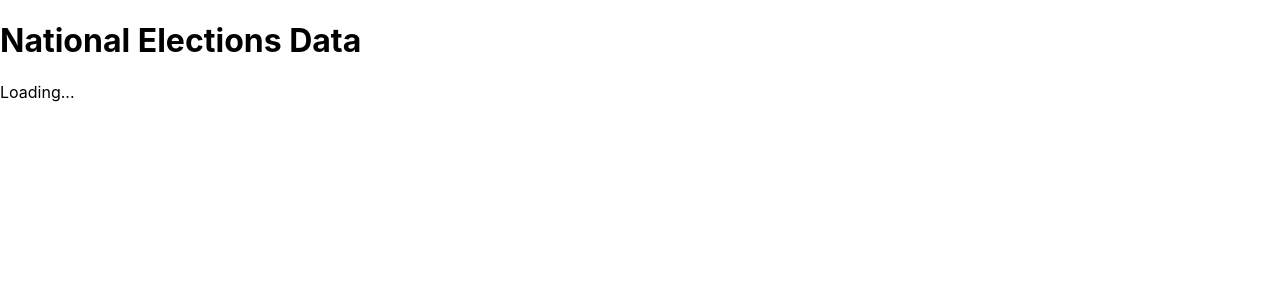
Repository: purushotham012355/votingfrontend
Page: /
An editor plug-in stored every save of this project. The page is shown before and after the next save, followed by the edit.
The browser window is 1280 px wide. The pictures show the whole page.
The page's requests for data from a server got no answer. The project was rebuilt for these pictures with package versions that can differ from the ones it lists, and the page was loaded fresh each time. No one was signed in, and anything a server would have sent is missing.

Above is the page before, as saved 2025-03-15 14:58:28.

After the next save:
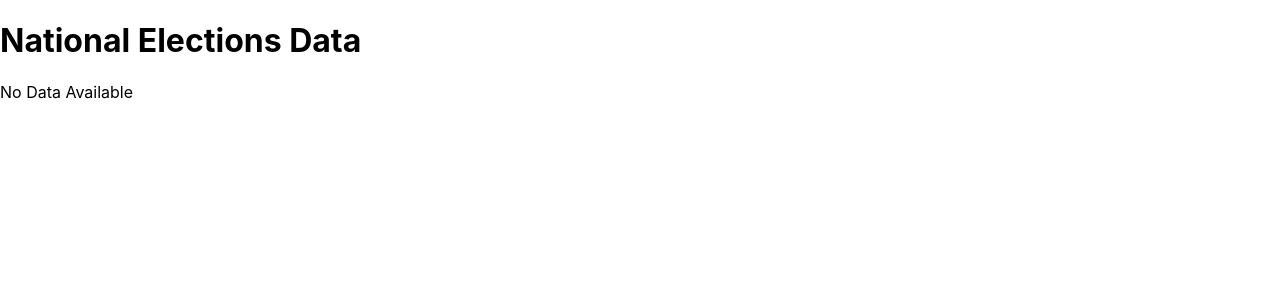
Saved 98 s later.
--- a/src/App.js
+++ b/src/App.js
@@ -7,7 +7,7 @@ function App() {
     fetch("http://localhost:5000/api/national-elections")
       .then((response) => response.json())
       .then((data) => {
-        console.log("Fetched Data:", data); // ✅ Debugging in Console
+        console.log("Fetched Data:", data); // 🔍 Debugging
         setData(data);
       })
       .catch((error) => console.error("Error fetching data:", error));
@@ -17,9 +17,9 @@ function App() {
     <div>
       <h1>National Elections Data</h1>
       {data.length === 0 ? (
-        <p>Loading...</p>
+        <p>No Data Available</p>
       ) : (
-        <table border="1" cellPadding="10" cellSpacing="0">
+        <table>
           <thead>
             <tr>
               <th>ID</th>
